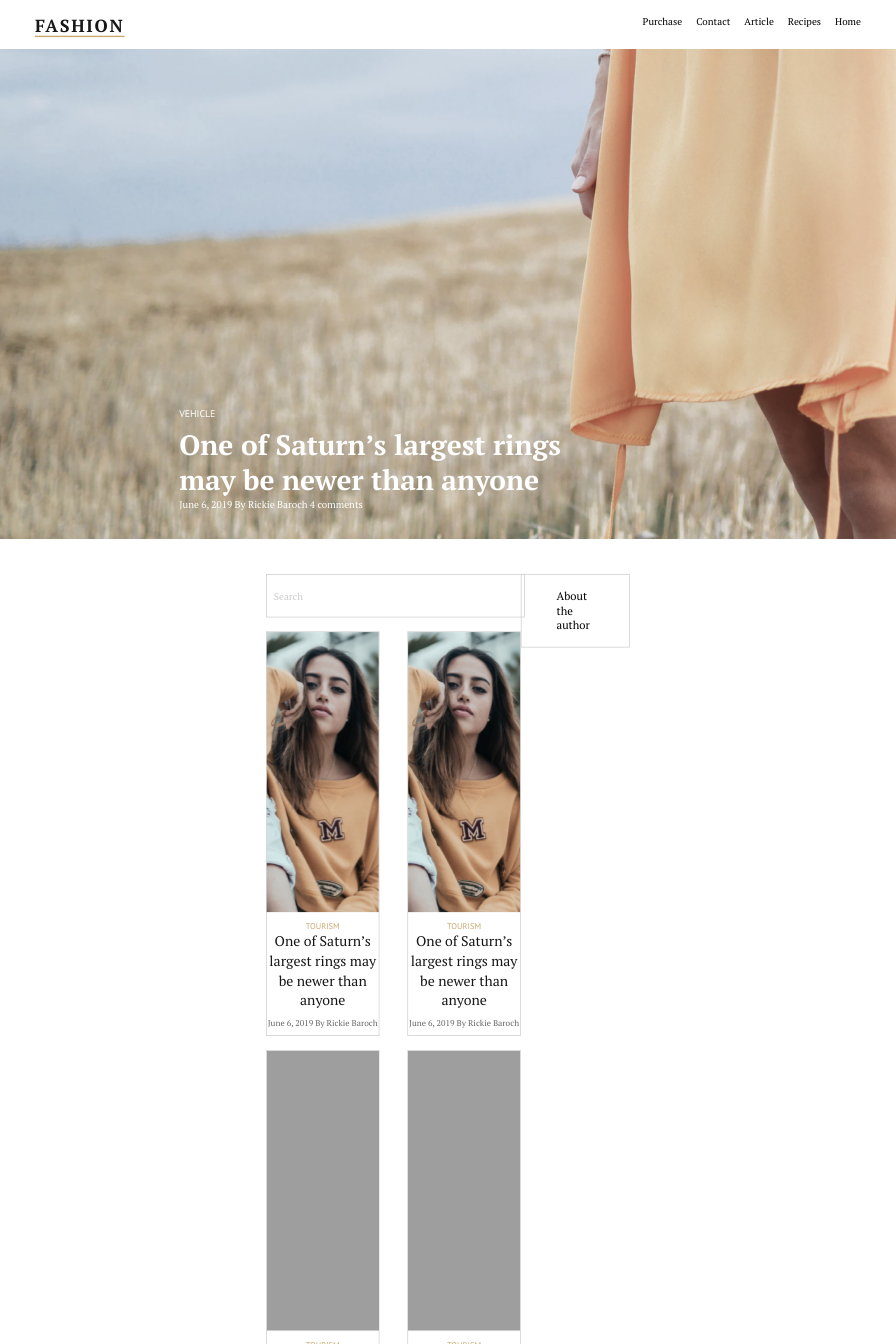
Repository: ThanhHien65/CIJS75
Page: / (app in REACTJS-FashionBlog/fashionblog/)
These files come from the project's save history. The page is drawn as it stood at one moment and after the next save; the edit follows.
The browser window is 1280 px wide. The pictures show the part of the page from y = 0 to 1920 px (the page is 2726 px tall), at 70% of full size.
Pictures or frames that could not be fetched are drawn as grey boxes. The project was rebuilt for these pictures with package versions that can differ from the ones it lists, and the page was loaded fresh each time.

Above is the page before, as saved 2022-06-24 13:44:46.

After the next save:
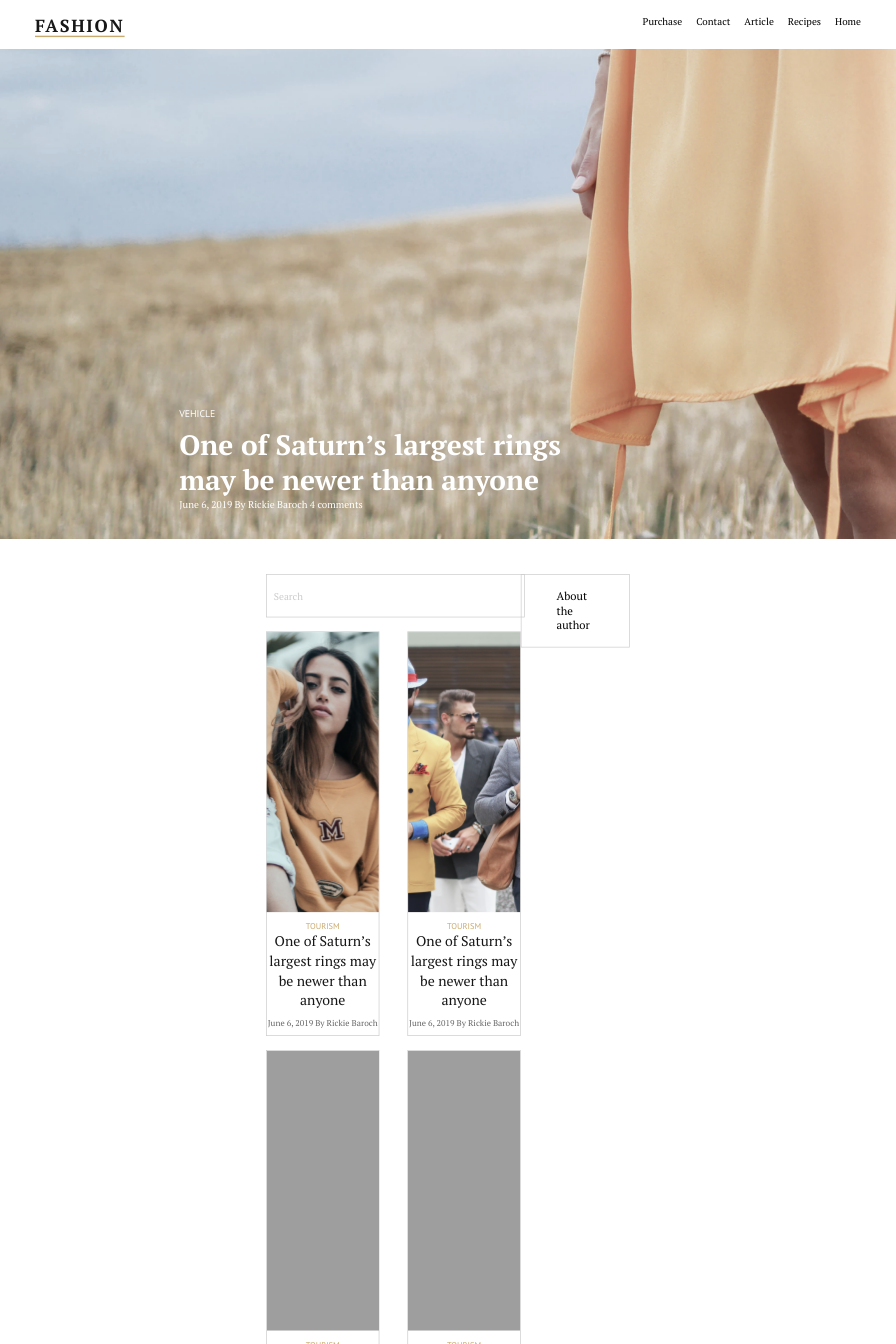
Saved 3 s later.
--- a/REACTJS-FashionBlog/fashionblog/src/component/body/info.js
+++ b/REACTJS-FashionBlog/fashionblog/src/component/body/info.js
@@ -7,7 +7,7 @@ import bitmap5 from "../../image/Bitmap5.png";
 export const ImageInfo = [
   {
     image1: bitmap,
-    image2: bitmap,
+    image2: bitmap2,
     tour: "Tourism",
     details: "One of Saturn’s largest rings may be newer than anyone",
     date: "June 6, 2019 By Rickie Baroch",
